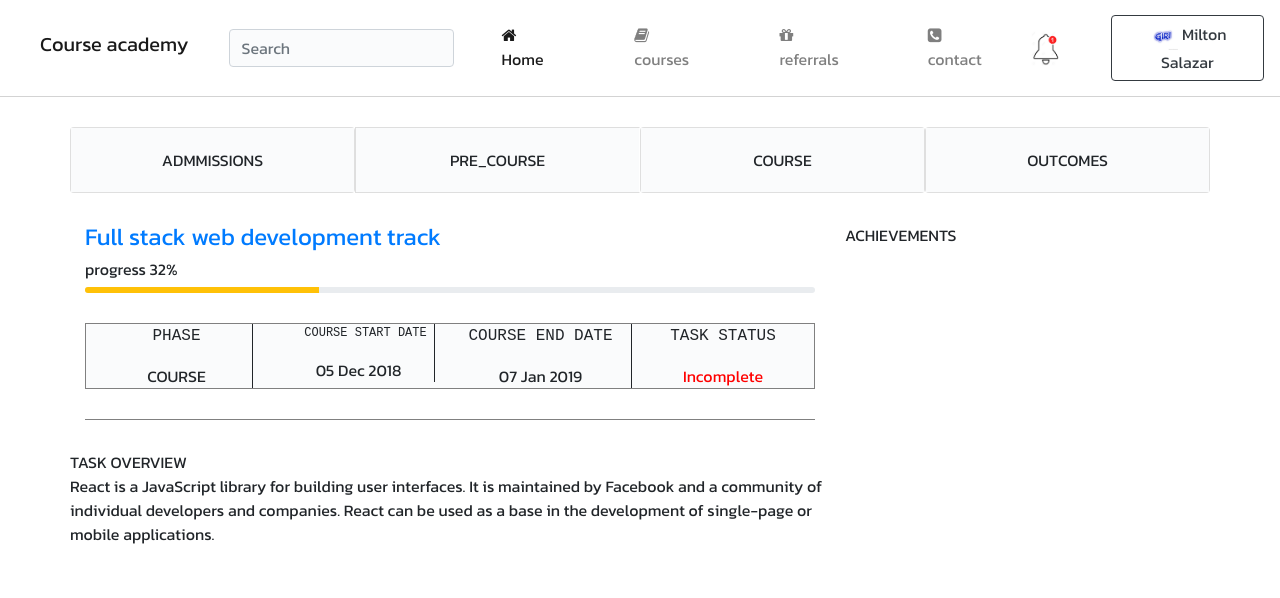
Repository: giribabu1997/html-layout
Page: task.html
An editor plug-in stored every save of this project. The page is shown before and after the next save, followed by the edit.
The browser window is 1280 px wide. The pictures show the whole page.
Some web fonts or font styles are not loaded; a fallback is used.

Above is the page before, as saved 2019-06-25 21:22:21.

### task.html
<!DOCTYPE html>
<html lang="en">

<head>
    <meta charset="UTF-8">
    <meta name="viewport" content="width=device-width, initial-scale=1.0">
    <meta http-equiv="X-UA-Compatible" content="ie=edge">
    <title>Document</title>
    <link rel="stylesheet" href="https://stackpath.bootstrapcdn.com/bootstrap/4.3.1/css/bootstrap.min.css"
        integrity="sha384-ggOyR0iXCbMQv3Xipma34MD+dH/1fQ784/j6cY/iJTQUOhcWr7x9JvoRxT2MZw1T" crossorigin="anonymous">
    <link href="https://fonts.googleapis.com/css?family=Kanit&display=swap" rel="stylesheet">
    <link rel="stylesheet" href="https://cdnjs.cloudflare.com/ajax/libs/font-awesome/4.7.0/css/font-awesome.min.css">
    <link href="https://fonts.googleapis.com/css?family=Cutive+Mono&display=swap" rel="stylesheet">
    <style>
        .navhead-height {
            padding: 1.5rem;
        }

        .head-container {
            padding: 0%;
        }

        * {
            font-family: 'Kanit', sans-serif;
        }

        .home-link {
            padding-right: 2.5rem !important;
            padding-left: 2.5rem !important;
        }
    </style>

</head>

<body>
    <div class="container-fluid head-container" style=" border-bottom: 1px solid lightgrey;">
        <nav class="navbar navbar-expand-lg navbar-light bg-white">
            <a class="navbar-brand navhead-height" href="#">
                <h5>Course academy </h5>
            </a>
            <button class="navbar-toggler" type="button" data-toggle="collapse" data-target="#navbarSupportedContent"
                aria-controls="navbarSupportedContent" aria-expanded="false" aria-label="Toggle navigation">
                <span class="navbar-toggler-icon"></span>
            </button>
            <form class="form-inline my-2 my-lg-0">
                <input class="form-control mr-sm-2" type="search" placeholder="Search" aria-label="Search"
                    style="background-color: #fafbfc;">
            </form>
            <div class="collapse navbar-collapse" id="navbarSupportedContent">
                <ul class="navbar-nav mr-auto">
                    <li class="nav-item active">
                        <a class="nav-link home-link" href="#"><i class="fa fa-home"></i> Home <span
                                class="sr-only">(current)</span></a>
                    </li>
                    <li class="nav-item">
                        <a class="nav-link home-link" href="#"><i class="fa fa-book"></i> courses</a>
                    </li>
                    <li class="nav-item">
                        <a class="nav-link home-link" href="#"><i class="fa fa-gift"></i> referrals</a>
                    </li>
                    <li class="nav-item">
                        <a class="nav-link home-link" href="#"><i class="fa fa-phone-square"></i> contact</a>
                    </li>
                    <li class="nav-item">
                        <a class="nav-link home-link" href="#"></a>
                        <img src="icon.png" width="30px" style="text-align: center" />
                        </a>
                    </li>
                    <button class="btn btn-outline-dark my-2 my-sm-0" type="submit">
                        <img src="giri.png" width="30px" /> Milton Salazar </button>
            </div>
        </nav>
    </div>
    <div class="container" style="padding-top: 30px; padding-bottom: 30px">
        <div class="row">
            <div class="col-md-3" style="padding: 0px !important">
                <div class="card">
                    <div class="card-body" style="text-align: center; background-color: #fafbfc;">
                        <h> ADMMISSIONS</h>
                    </div>
                </div>
            </div>
            <div class="col-md-3" style="padding: 0px !important">
                <div class="card" style="border-radius: 0;border-right-color: white;">
                    <div class="card-body" style="text-align: center; background-color: #fafbfc;">
                        <h> PRE_COURSE</h>
                    </div>
                </div>
            </div>
            <div class="col-md-3" style="padding: 0px !important">
                <div class="card">
                    <div class="card-body" style="text-align: center; background-color: #fafbfc;">
                        <h> COURSE</h>
                    </div>
                </div>
            </div>
            <div class="col-md-3" style="padding: 0px !important">
                <div class="card">
                    <div class="card-body" style="text-align: center; background-color: #fafbfc;">
                        <h> OUTCOMES</h>
                    </div>
                </div>
            </div>
        </div>
    </div>
    <div class="container">
        <div class="row">
            <div class="col-8">
                <h4> <a class="text-primary">Full stack web development track</a></h4>
                <h6>progress 32%</h6>
                <div class="progress" style=" height: 0.4rem;">
                    <div class="progress-bar bg-warning" role="progressbar" style="width: 32%" aria-valuenow="32"
                        aria-valuemin="0" aria-valuemax="50">
                    </div>
                </div>
                <div class="container" style="padding-top: 30px; padding-bottom: 30px; border-bottom: 1px solid gray;">
                    <div class="row" style="border: 1px solid gray; text-align: center; background-color: #fafbfc;">
                        <div class="col-3">
                            <div class="box" style="border-right: 1px solid">
                                <p style="font-family: 'Cutive Mono', monospace;">PHASE</p>
                                <h7>COURSE</h7>
                            </div>
                        </div>
                        <div class="col-3">
                            <div class="box" style="border-right: 1px solid">
                                <p style="font-family: 'Cutive Mono', monospace; width: 165px; font-size: 12px;">COURSE
                                    START DATE</p>
                                <h7>05 Dec 2018</h7>
                            </div>
                        </div>
                        <div class="col-3" style="border-right: 1px solid">
                            <div class="box">
                                <p style="font-family: 'Cutive Mono', monospace;">COURSE END DATE</p>
                                <h7>07 Jan 2019</h7>
                            </div>
                        </div>
                        <div class="col-3">
                            <div class="box">
                                <p style="font-family: 'Cutive Mono', monospace;">TASK STATUS</p>
                                <span style="color: red">Incomplete</span>
                            </div>
                        </div>
                    </div>
                </div>

                <div class="row" style="padding-top: 30px">
                    <h style="padding-bottom: ">TASK OVERVIEW</h>
                    <p>React is a JavaScript library for building user interfaces. It is maintained by Facebook and a
                        community of individual developers and companies. React can be used as a base in the development
                        of single-page or mobile applications.</p>
                </div>
            </div>
            <div class="col-4">
                ACHIEVEMENTS
            </div>
        </div>
    </div>


</body>
<script src="https://code.jquery.com/jquery-3.3.1.slim.min.js"
    integrity="sha384-q8i/X+965DzO0rT7abK41JStQIAqVgRVzpbzo5smXKp4YfRvH+8abtTE1Pi6jizo"
    crossorigin="anonymous"></script>
<script src="https://cdnjs.cloudflare.com/ajax/libs/popper.js/1.14.7/umd/popper.min.js"
    integrity="sha384-UO2eT0CpHqdSJQ6hJty5KVphtPhzWj9WO1clHTMGa3JDZwrnQq4sF86dIHNDz0W1"
    crossorigin="anonymous"></script>
<script src="https://stackpath.bootstrapcdn.com/bootstrap/4.3.1/js/bootstrap.min.js"
    integrity="sha384-JjSmVgyd0p3pXB1rRibZUAYoIIy6OrQ6VrjIEaFf/nJGzIxFDsf4x0xIM+B07jRM"
    crossorigin="anonymous"></script>

</html>

After the next save:
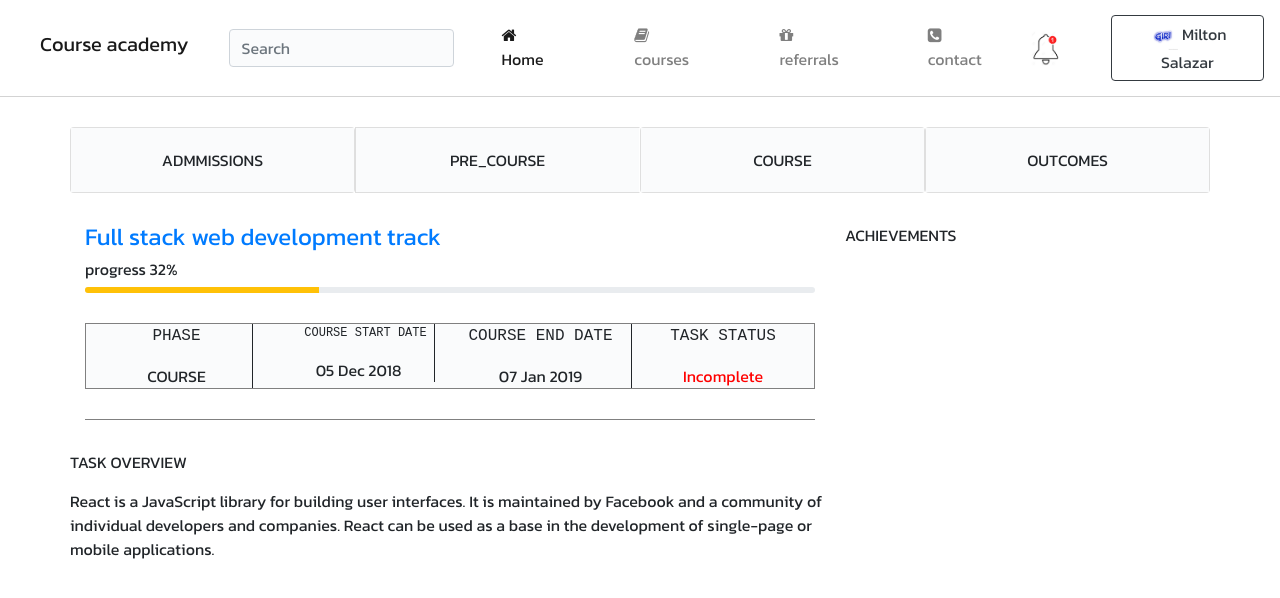
Saved 4 s later.
--- a/task.html
+++ b/task.html
@@ -144,7 +144,7 @@
                 </div>
 
                 <div class="row" style="padding-top: 30px">
-                    <h style="padding-bottom: ">TASK OVERVIEW</h>
+                    <h style="padding-bottom: 15px">TASK OVERVIEW</h>
                     <p>React is a JavaScript library for building user interfaces. It is maintained by Facebook and a
                         community of individual developers and companies. React can be used as a base in the development
                         of single-page or mobile applications.</p>
